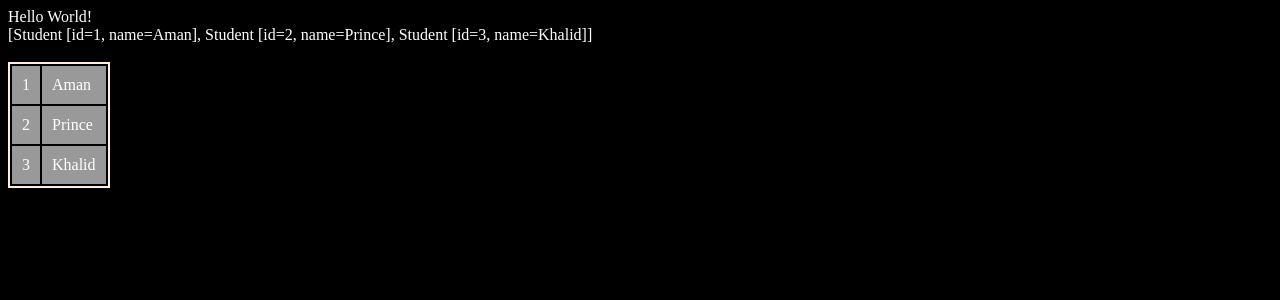
Repository: md-aman-git/Java-Repo-Epam
Page: http://localhost/JSTLDemo/DemoJstl
An editor plug-in stored every save of this project. The page is shown before and after the next save, followed by the edit.
The browser window is 1280 px wide. The pictures show the whole page.
The page is served by Tomcat 9.

Above is the page before, as saved 2022-03-07 16:36:14.

After the next save:
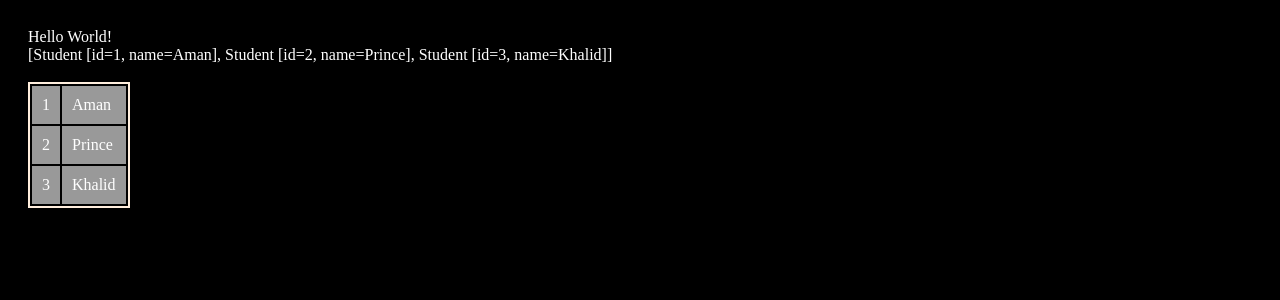
Saved 11 s later.
--- a/JspServlet/JSTLDemo/src/main/webapp/display.jsp
+++ b/JspServlet/JSTLDemo/src/main/webapp/display.jsp
@@ -11,6 +11,7 @@
 body {
 	color: #fff;
 	background: #000;
+	padding: 20px;
 }
 table {
 	border: 2px solid #fed;
